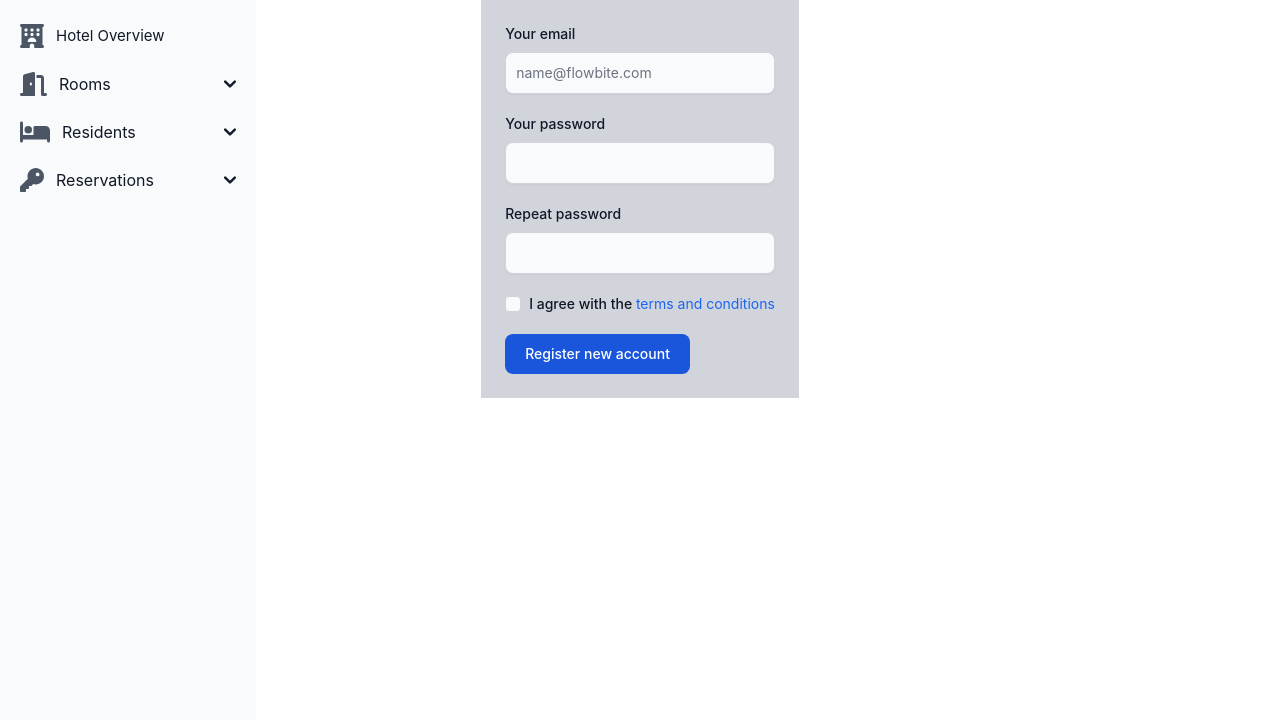
Repository: aggepap/hotelReservationsProj
Page: /rooms/add (app in admin-panel/)
An editor plug-in stored every save of this project. The page is shown before and after the next save, followed by the edit.
The browser window is 1280 px wide. The pictures show the whole page.
The project was rebuilt for these pictures with package versions that can differ from the ones it lists, and the page was loaded fresh each time. Also part of the build but not shown: admin-panel/vite.config.ts, admin-panel/src/views/HomeView.vue.

Above is the page before, as saved 2025-01-19 15:42:12.

### admin-panel/index.html
<!DOCTYPE html>
<html lang="">
  <head>
    <meta charset="UTF-8" />
    <link rel="icon" href="/favicon.ico" />
    <meta name="viewport" content="width=device-width, initial-scale=1.0" />
    <title>Vite App</title>
  </head>
  <body>
    <div id="app"></div>
    <script type="module" src="/src/main.ts"></script>
  </body>
</html>

### admin-panel/src/main.ts
import "./assets/main.css";
import "primeicons/primeicons.css";
import "flowbite";

import { createApp } from "vue";
import App from "./App.vue";
import router from "./router";

const app = createApp(App);

app.use(router);

app.mount("#app");

### admin-panel/src/assets/main.css
@import "./base.css";
@tailwind base;
@tailwind components;
@tailwind utilities;

### admin-panel/src/App.vue
<script setup lang="ts">
import { RouterLink, RouterView } from "vue-router";
import { FontAwesomeIcon } from "@fortawesome/vue-fontawesome";
import { faDoorOpen } from "@fortawesome/free-solid-svg-icons";
import { faHotel } from "@fortawesome/free-solid-svg-icons";
import { faBed } from "@fortawesome/free-solid-svg-icons";
import { faKey } from "@fortawesome/free-solid-svg-icons";
</script>

<template>
  <button
    data-drawer-target="sidebar-multi-level-sidebar"
    data-drawer-toggle="sidebar-multi-level-sidebar"
    aria-controls="sidebar-multi-level-sidebar"
    type="button"
    class="inline-flex items-center p-2 mt-2 ms-3 text-sm text-gray-500 rounded-lg sm:hidden hover:bg-gray-100 focus:outline-none focus:ring-2 focus:ring-gray-200 dark:text-gray-400 dark:hover:bg-gray-700 dark:focus:ring-gray-600"
  >
    <span class="sr-only">Open sidebar</span>
    <svg
      class="w-6 h-6"
      aria-hidden="true"
      fill="currentColor"
      viewBox="0 0 20 20"
      xmlns="http://www.w3.org/2000/svg"
    >
      <path
        clip-rule="evenodd"
        fill-rule="evenodd"
        d="M2 4.75A.75.75 0 012.75 4h14.5a.75.75 0 010 1.5H2.75A.75.75 0 012 4.75zm0 10.5a.75.75 0 01.75-.75h7.5a.75.75 0 010 1.5h-7.5a.75.75 0 01-.75-.75zM2 10a.75.75 0 01.75-.75h14.5a.75.75 0 010 1.5H2.75A.75.75 0 012 10z"
      ></path>
    </svg>
  </button>

  <aside
    id="sidebar-multi-level-sidebar"
    class="fixed top-0 left-0 z-40 w-64 h-screen transition-transform -translate-x-full sm:translate-x-0"
    aria-label="Sidebar"
  >
    <div class="h-full px-3 py-4 overflow-y-auto bg-gray-50 dark:bg-gray-800">
      <ul class="space-y-2 font-medium">
        <li>
          <a
            href="#"
            class="flex items-center p-2 text-gray-900 rounded-lg dark:text-white hover:bg-gray-100 dark:hover:bg-gray-700 group"
          >
            <FontAwesomeIcon class="text-gray-600 text-2xl" :icon="faHotel" />
            <span class="ms-3">Hotel Overview</span>
          </a>
        </li>
        <li>
          <button
            type="button"
            class="flex items-center w-full p-2 text-base text-gray-900 transition duration-75 rounded-lg group hover:bg-gray-100 dark:text-white dark:hover:bg-gray-700"
            aria-controls="dropdown-rooms"
            data-collapse-toggle="dropdown-rooms"
          >
            <FontAwesomeIcon
              class="text-gray-600 text-2xl"
              :icon="faDoorOpen"
            />

            <span class="flex-1 ms-3 text-left rtl:text-right whitespace-nowrap"
              >Rooms</span
            >
            <svg
              class="w-3 h-3"
              aria-hidden="true"
              xmlns="http://www.w3.org/2000/svg"
              fill="none"
              viewBox="0 0 10 6"
            >
              <path
                stroke="currentColor"
                stroke-linecap="round"
                stroke-linejoin="round"
                stroke-width="2"
                d="m1 1 4 4 4-4"
              />
            </svg>
          </button>
          <ul id="dropdown-rooms" class="hidden py-2 space-y-2">
            <li>
              <RouterLink
                to="/rooms/add"
                class="flex justify-start gap-2 items-start w-full p-2 text-gray-900 transition duration-75 rounded-lg pl-11 group hover:bg-gray-100 dark:text-white dark:hover:bg-gray-700"
              >
                <i class="pi pi-plus pt-1"></i> Add new Room</RouterLink
              >
            </li>
          </ul>
        </li>
        <li>
          <button
            type="button"
            class="flex items-center w-full p-2 text-base text-gray-900 transition duration-75 rounded-lg group hover:bg-gray-100 dark:text-white dark:hover:bg-gray-700"
            aria-controls="dropdown-residents"
            data-collapse-toggle="dropdown-residents"
          >
            <FontAwesomeIcon class="text-gray-600 text-2xl" :icon="faBed" />

            <span class="flex-1 ms-3 text-left rtl:text-right whitespace-nowrap"
              >Residents</span
            >
            <svg
              class="w-3 h-3"
              aria-hidden="true"
              xmlns="http://www.w3.org/2000/svg"
              fill="none"
              viewBox="0 0 10 6"
            >
              <path
                stroke="currentColor"
                stroke-linecap="round"
                stroke-linejoin="round"
                stroke-width="2"
                d="m1 1 4 4 4-4"
              />
            </svg>
          </button>
          <ul id="dropdown-residents" class="hidden py-2 space-y-2">
            <li>
              <a
                href="#"
                class="flex justify-start gap-2 items-start w-full p-2 text-gray-900 transition duration-75 rounded-lg pl-11 group hover:bg-gray-100 dark:text-white dark:hover:bg-gray-700"
              >
                <i class="pi pi-plus pt-1"></i> Add a Resident</a
              >
            </li>
          </ul>
        </li>
        <li>
          <button
            type="button"
            class="flex items-center w-full p-2 text-base text-gray-900 transition duration-75 rounded-lg group hover:bg-gray-100 dark:text-white dark:hover:bg-gray-700"
            aria-controls="dropdown-reservations"
            data-collapse-toggle="dropdown-reservations"
          >
            <FontAwesomeIcon class="text-gray-600 text-2xl" :icon="faKey" />

            <span class="flex-1 ms-3 text-left rtl:text-right whitespace-nowrap"
              >Reservations</span
            >
            <svg
              class="w-3 h-3"
              aria-hidden="true"
              xmlns="http://www.w3.org/2000/svg"
              fill="none"
              viewBox="0 0 10 6"
            >
              <path
                stroke="currentColor"
                stroke-linecap="round"
                stroke-linejoin="round"
                stroke-width="2"
                d="m1 1 4 4 4-4"
              />
            </svg>
          </button>
          <ul id="dropdown-reservations" class="hidden py-2 space-y-2">
            <li>
              <a
                href="#"
                class="flex justify-start gap-2 items-start w-full p-2 text-gray-900 transition duration-75 rounded-lg pl-11 group hover:bg-gray-100 dark:text-white dark:hover:bg-gray-700"
              >
                <i class="pi pi-plus pt-1"></i> Add a Reservation</a
              >
            </li>
          </ul>
        </li>
      </ul>
    </div>
  </aside>

  <main class="flex items-start w-full h-screen">
    <div class="mx-auto max-w-screen-xl p-4 md:p-6 bg-gray-300">
      <RouterView />
    </div>
  </main>
</template>

### admin-panel/src/router/index.ts
import { createRouter, createWebHistory } from "vue-router";
import HomeView from "../views/HomeView.vue";
import AddRoomView from "@/views/roomviews/AddRoomView.vue";

const router = createRouter({
  history: createWebHistory(import.meta.env.BASE_URL),
  routes: [
    {
      path: "/",
      name: "home",
      component: HomeView,
    },
    {
      path: "/rooms/add",
      name: "addRoom",
      component: AddRoomView,
    },
    {
      path: "/about",
      name: "about",
      // route level code-splitting
      // this generates a separate chunk (About.[hash].js) for this route
      // which is lazy-loaded when the route is visited.
      component: () => import("../views/AboutView.vue"),
    },
  ],
});

export default router;

### admin-panel/src/views/roomviews/AddRoomView.vue
<script setup></script>

<template>
  <form class="max-w-sm mx-auto">
    <div class="mb-5">
      <label
        for="email"
        class="block mb-2 text-sm font-medium text-gray-900 dark:text-white"
        >Your email</label
      >
      <input
        type="email"
        id="email"
        class="shadow-sm bg-gray-50 border border-gray-300 text-gray-900 text-sm rounded-lg focus:ring-blue-500 focus:border-blue-500 block w-full p-2.5 dark:bg-gray-700 dark:border-gray-600 dark:placeholder-gray-400 dark:text-white dark:focus:ring-blue-500 dark:focus:border-blue-500 dark:shadow-sm-light"
        placeholder="name@flowbite.com"
        required
      />
    </div>
    <div class="mb-5">
      <label
        for="password"
        class="block mb-2 text-sm font-medium text-gray-900 dark:text-white"
        >Your password</label
      >
      <input
        type="password"
        id="password"
        class="shadow-sm bg-gray-50 border border-gray-300 text-gray-900 text-sm rounded-lg focus:ring-blue-500 focus:border-blue-500 block w-full p-2.5 dark:bg-gray-700 dark:border-gray-600 dark:placeholder-gray-400 dark:text-white dark:focus:ring-blue-500 dark:focus:border-blue-500 dark:shadow-sm-light"
        required
      />
    </div>
    <div class="mb-5">
      <label
        for="repeat-password"
        class="block mb-2 text-sm font-medium text-gray-900 dark:text-white"
        >Repeat password</label
      >
      <input
        type="password"
        id="repeat-password"
        class="shadow-sm bg-gray-50 border border-gray-300 text-gray-900 text-sm rounded-lg focus:ring-blue-500 focus:border-blue-500 block w-full p-2.5 dark:bg-gray-700 dark:border-gray-600 dark:placeholder-gray-400 dark:text-white dark:focus:ring-blue-500 dark:focus:border-blue-500 dark:shadow-sm-light"
        required
      />
    </div>
    <div class="flex items-start mb-5">
      <div class="flex items-center h-5">
        <input
          id="terms"
          type="checkbox"
          value=""
          class="w-4 h-4 border border-gray-300 rounded bg-gray-50 focus:ring-3 focus:ring-blue-300 dark:bg-gray-700 dark:border-gray-600 dark:focus:ring-blue-600 dark:ring-offset-gray-800 dark:focus:ring-offset-gray-800"
          required
        />
      </div>
      <label
        for="terms"
        class="ms-2 text-sm font-medium text-gray-900 dark:text-gray-300"
        >I agree with the
        <a href="#" class="text-blue-600 hover:underline dark:text-blue-500"
          >terms and conditions</a
        ></label
      >
    </div>
    <button
      type="submit"
      class="text-white bg-blue-700 hover:bg-blue-800 focus:ring-4 focus:outline-none focus:ring-blue-300 font-medium rounded-lg text-sm px-5 py-2.5 text-center dark:bg-blue-600 dark:hover:bg-blue-700 dark:focus:ring-blue-800"
    >
      Register new account
    </button>
  </form>
</template>

### admin-panel/tailwind.config.js
/** @type {import('tailwindcss').Config} */
export default {
  content: [
    "./index.html",
    "./src/**/*.{vue,js,ts,jsx,tsx}",
    "./node_modules/flowbite/**/*.js",
  ],
  theme: {
    extend: {},
  },
  plugins: [require("flowbite/plugin")],
};

Loaded but not shown: admin-panel/src/assets/base.css (common file)

After the next save:
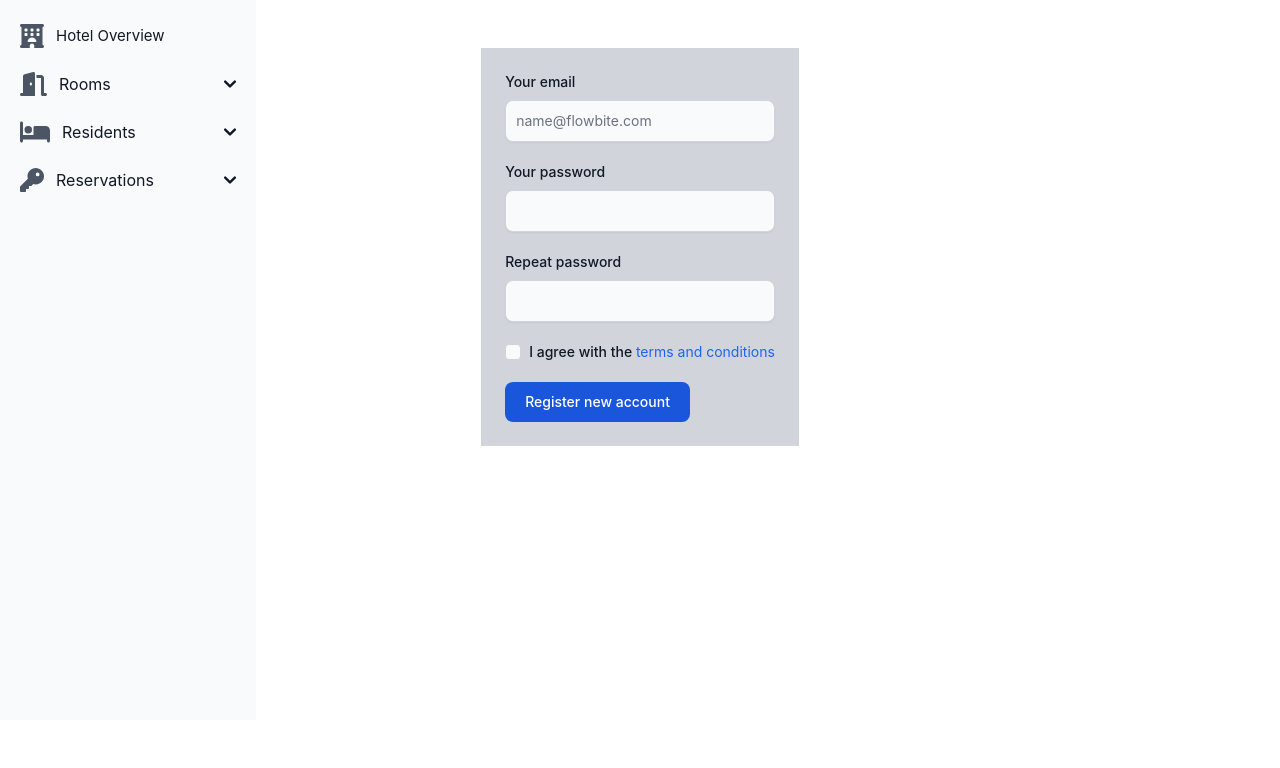
Saved 16 s later.
--- a/admin-panel/src/App.vue
+++ b/admin-panel/src/App.vue
@@ -171,7 +171,7 @@ import { faKey } from "@fortawesome/free-solid-svg-icons";
     </div>
   </aside>
 
-  <main class="flex items-start w-full h-screen">
+  <main class="flex items-start w-full h-screen mt-12">
     <div class="mx-auto max-w-screen-xl p-4 md:p-6 bg-gray-300">
       <RouterView />
     </div>
